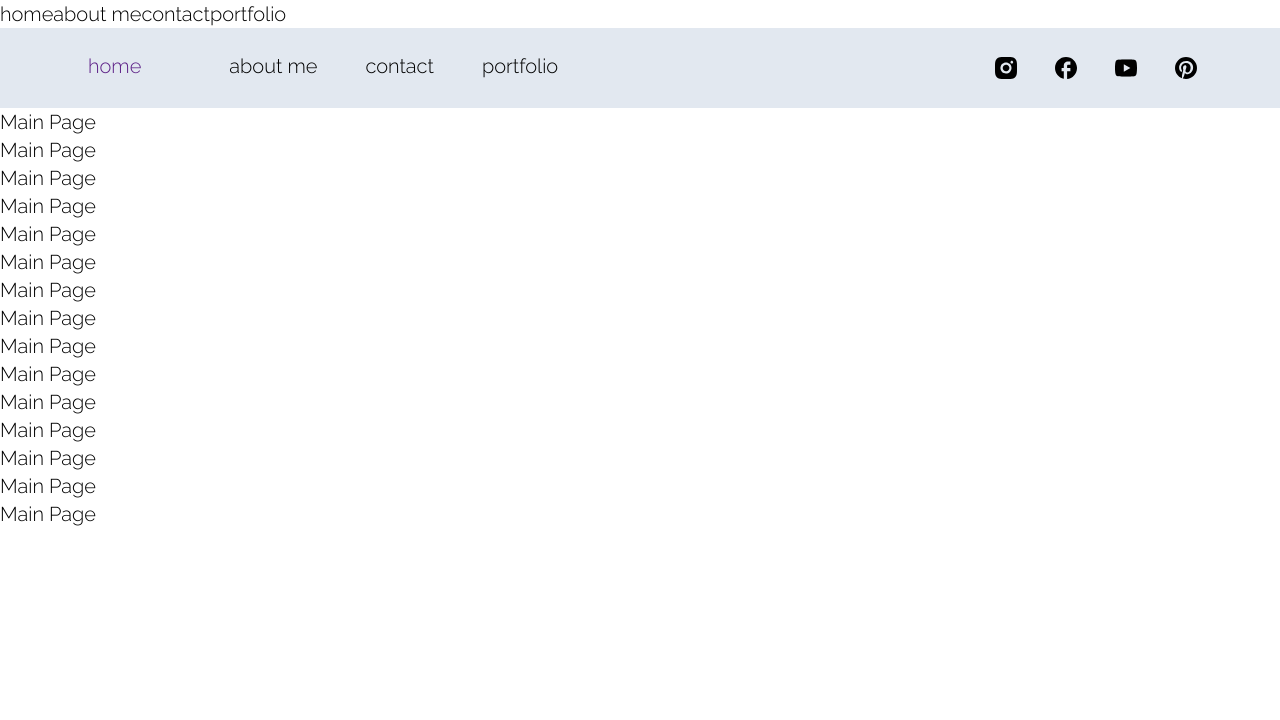
Repository: hubertrh/klaudia-personal-next
Page: /
These files come from the project's save history. The page is drawn as it stood at one moment and after the next save; the edit follows.
The browser window is 1280 px wide. The pictures show the whole page.
The project was rebuilt for these pictures with package versions that can differ from the ones it lists, and the page was loaded fresh each time. The framework's server and built-in components were replaced by stand-ins that run in the browser. Also part of the build but not shown: next.config.js.

Above is the page before, as saved 2023-08-11 18:55:54.

### app/layout.tsx
import './globals.css';
import type { Metadata } from 'next';
import { Inter } from 'next/font/google';
import Link from 'next/link';

const inter = Inter({ subsets: ['latin'] });

export const metadata: Metadata = {
  title: 'Klaudia Rogala-Haracz',
  description: 'Portrait and reportage photography. Based in London.',
};

export default function RootLayout({
  children,
}: {
  children: React.ReactNode;
}) {
  return (
    <html lang="en">
      <body className={inter.className}>
        <header>
          <nav>
            <Link href="#!">home</Link>
            <Link href="#!">about me</Link>
            <Link href="#!">contact</Link>
            <Link href="#!">portfolio</Link>
          </nav>
          <div></div>
        </header>
        {children}
      </body>
    </html>
  );
}

### app/(site)/layout.tsx
import '../globals.css';
import type { Metadata } from 'next';
import { Raleway } from 'next/font/google';
import Image from 'next/image';
import Link from 'next/link';
import igIcon from '@/public/icons/ig-icon.svg';
import fbIcon from '@/public/icons/fb-icon.svg';
import ytIcon from '@/public/icons/yt-icon.svg';
import pinIcon from '@/public/icons/pin-icon.svg';

const raleway = Raleway({ weight: '300', subsets: ['latin'] });

export const metadata: Metadata = {
  title: 'Klaudia Rogala-Haracz',
  description: 'Portrait and reportage photography. Based in London.',
};

export default function RootLayout({
  children,
}: {
  children: React.ReactNode;
}) {
  return (
    <html lang="en">
      <body className={`${raleway.className} text-xl`}>
        <header className="sticky flex h-20 justify-between bg-slate-200 px-16">
          <nav className="nav flex">
            <Link className="!ml-0 !mr-10 text-primary" href="/">
              home
            </Link>
            <Link href="#!">about me</Link>
            <Link href="#!">contact</Link>
            <Link href="/portfolio">portfolio</Link>
          </nav>
          <div className="social-icons flex items-center">
            <Link href="https://www.instagram.com/_klaudiarogala/">
              <Image src={igIcon} alt="Instagram icon" />
            </Link>
            <Link href="https://www.facebook.com/klaudiarogalaphotographer/">
              <Image src={fbIcon} alt="Facebook icon" />
            </Link>
            <Link href="https://www.youtube.com/channel/UCyVfMWp16X_wYCG9213YOQw/">
              <Image src={ytIcon} alt="YouTube icon" />
            </Link>
            <Link href="https://www.pinterest.com/zuzannnnaa/">
              <Image src={pinIcon} alt="Pinterest icon" />
            </Link>
            {/* <a class="lang-btn" href="/pl/index.html"><img src="/icons/flag-pl.svg" /></a> */}
          </div>
        </header>
        {children}
      </body>
    </html>
  );
}

### app/(site)/page.tsx
export default function Home() {
  return (
    <div>
      <div>Main Page</div>
      <div>Main Page</div>
      <div>Main Page</div>
      <div>Main Page</div>
      <div>Main Page</div>
      <div>Main Page</div>
      <div>Main Page</div>
      <div>Main Page</div>
      <div>Main Page</div>
      <div>Main Page</div>
      <div>Main Page</div>
      <div>Main Page</div>
      <div>Main Page</div>
      <div>Main Page</div>
      <div>Main Page</div>
    </div>
  );
}

### app/globals.css
@tailwind base;
@tailwind components;
@tailwind utilities;

:root {
  --foreground-rgb: 0, 0, 0;
  --background-rgb: 255, 255, 255;
}

body {
  color: rgb(var(--foreground-rgb));
  background: rgb(var(--background-end-rgb));
}

.nav > * {
  @apply relative px-6 py-6 duration-300 before:absolute before:bottom-5 before:left-1/2 before:h-[1.5px] before:w-0 before:-translate-x-1/2 before:bg-primary before:transition-all before:duration-300 before:ease-out before:content-[''] hover:text-primary hover:before:w-full;
}

.social-icons > * {
  @apply scale-110 px-5 py-3 brightness-0 duration-200 hover:rotate-12 hover:brightness-100;
}

### tailwind.config.js
/** @type {import('tailwindcss').Config} */
module.exports = {
  content: [
    './pages/**/*.{js,ts,jsx,tsx,mdx}',
    './components/**/*.{js,ts,jsx,tsx,mdx}',
    './app/**/*.{js,ts,jsx,tsx,mdx}',
  ],
  theme: {
    extend: {
      colors: {
        primary: '#5D2187',
      },
      backgroundImage: {
        'gradient-radial': 'radial-gradient(var(--tw-gradient-stops))',
        'gradient-conic':
          'conic-gradient(from 180deg at 50% 50%, var(--tw-gradient-stops))',
      },
    },
  },
  plugins: [],
};

After the next save:
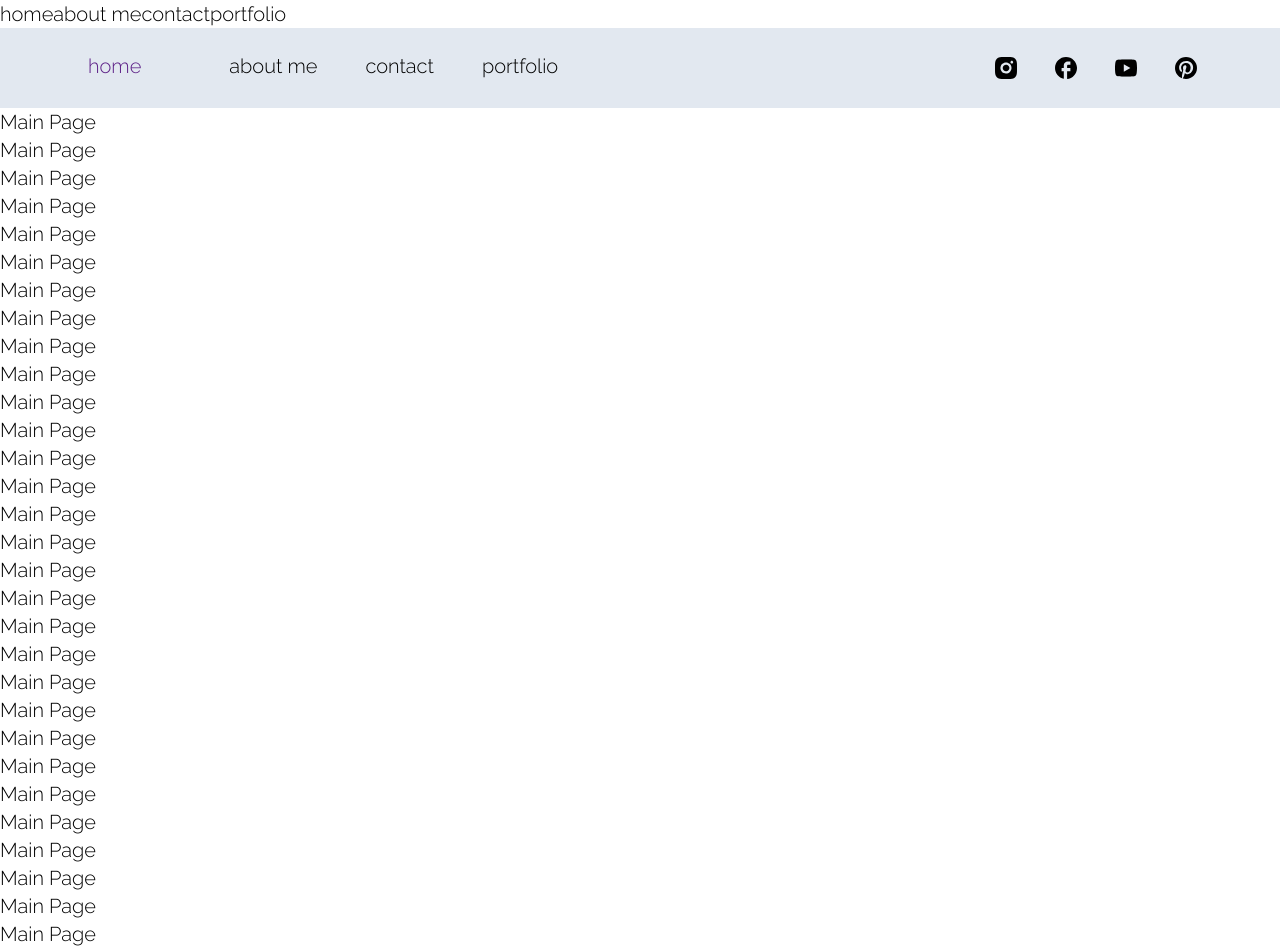
Saved 9 s later.
--- a/app/(site)/page.tsx
+++ b/app/(site)/page.tsx
@@ -16,6 +16,21 @@ export default function Home() {
       <div>Main Page</div>
       <div>Main Page</div>
       <div>Main Page</div>
+      <div>Main Page</div>
+      <div>Main Page</div>
+      <div>Main Page</div>
+      <div>Main Page</div>
+      <div>Main Page</div>
+      <div>Main Page</div>
+      <div>Main Page</div>
+      <div>Main Page</div>
+      <div>Main Page</div>
+      <div>Main Page</div>
+      <div>Main Page</div>
+      <div>Main Page</div>
+      <div>Main Page</div>
+      <div>Main Page</div>
+      <div>Main Page</div>
     </div>
   );
 }
